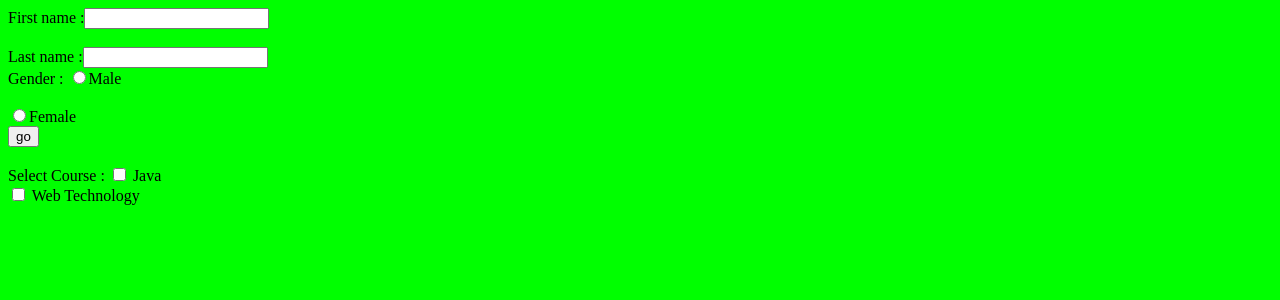
Repository: akale1992/Learning-HIBERNATE-SERVLETS
Page: jspdemo/WebContent/Welcome.html
These files come from the project's save history. The page is drawn as it stood at one moment and after the next save; the edit follows.
The browser window is 1280 px wide. The pictures show the whole page.

Above is the page before, as saved 2015-09-15 04:34:32.

After the next save:
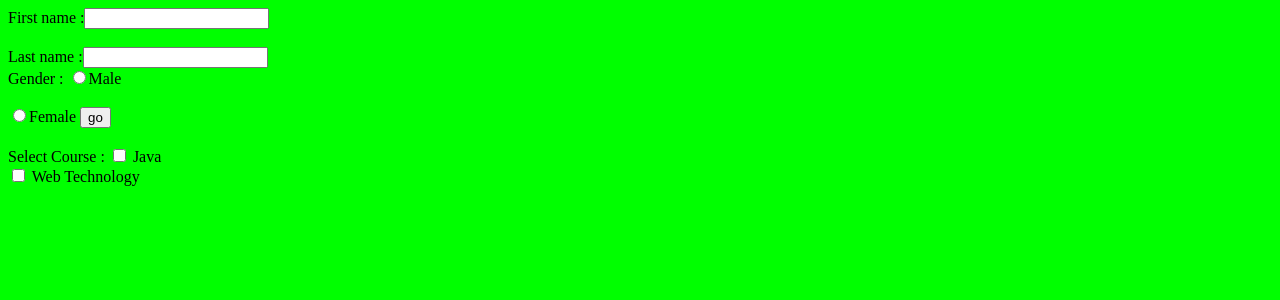
Saved 26 s later.
--- a/jspdemo/WebContent/Welcome.html
+++ b/jspdemo/WebContent/Welcome.html
@@ -9,7 +9,7 @@
 First name :<input type="text" name="fname"><br><br>
 Last name  :<input type="text" name="lname"><br>
 Gender : <input type="radio" value="male" name="r1">Male<br><br>
-<input type="radio" value="Female" name="r1">Female<br>
+<input type="radio" value="Female" name="r1">Female
 <input type="submit" value="go"><br><br>
 Select Course : <input type="checkbox" name="java"> Java<br>
  <input type="checkbox" name="web "> Web Technology
